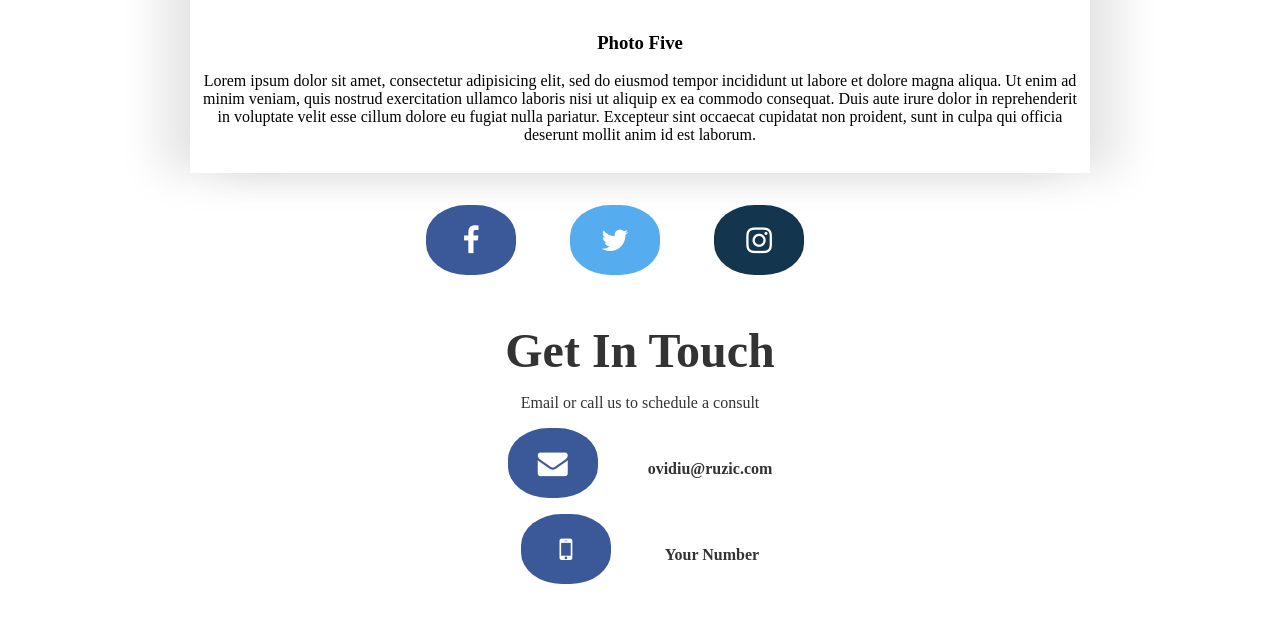
Repository: konstantin0s/mobile-photography
Page: index.html
An editor plug-in stored every save of this project. The page is shown before and after the next save, followed by the edit.
The browser window is 1280 px wide. The pictures show the part of the page from y = 4062 to 4702 px (the page is 4702 px tall).

Above is the page before, as saved 2019-05-11 14:55:36.

### index.html
<!DOCTYPE html>
<html lang="en" dir="ltr">
  <head>
    <meta charset="utf-8">
    <meta name="viewport" content="width=device-width, initial-scale=1.0">
    <meta http-equiv="X-UA-Compatible" content="ie=edge">
    <link rel="stylesheet" href="https://cdnjs.cloudflare.com/ajax/libs/font-awesome/4.7.0/css/font-awesome.min.css">
    <link rel="stylesheet" href="css/style.css">

    <title>Mobile Photography</title>
  </head>
  <body>
<main>
  <div id="landing" class="">
    <div id="landing-text" class="">
      <div id="landing-text-inner" class="">
       <img id="logo" src="img/logos.png" />
       <h1>Photography</h1>
        <a href="#images" class="btn" id="view-work">
          View Work
        </a>
      </div>
    </div>
    <div id="landing-image" class="">

    </div>
  </div>

  <div id="images" class="">
<div id="header">
  <h2>Our Work</h2>
</div>
<img src="https://source.unsplash.com/1600x900/?nature,water" alt="">
<div class="caption">
  <h3>Photo One</h3>
  <p>
    Lorem ipsum dolor sit amet, consectetur adipisicing elit, sed do eiusmod tempor incididunt ut labore et dolore magna aliqua. Ut enim ad minim veniam, quis nostrud exercitation ullamco laboris nisi ut aliquip ex ea commodo consequat. Duis aute irure dolor in reprehenderit in voluptate velit esse cillum dolore eu fugiat nulla pariatur. Excepteur sint occaecat cupidatat non proident, sunt in culpa qui officia deserunt mollit anim id est laborum.

  </p>
</div>

<img src="https://source.unsplash.com/1600x900/?nature,clouds" alt="">
<div class="caption">
  <h3>Photo Two</h3>
  <p>
    Lorem ipsum dolor sit amet, consectetur adipisicing elit, sed do eiusmod tempor incididunt ut labore et dolore magna aliqua. Ut enim ad minim veniam, quis nostrud exercitation ullamco laboris nisi ut aliquip ex ea commodo consequat. Duis aute irure dolor in reprehenderit in voluptate velit esse cillum dolore eu fugiat nulla pariatur. Excepteur sint occaecat cupidatat non proident, sunt in culpa qui officia deserunt mollit anim id est laborum.

  </p>
</div>

<img src="https://source.unsplash.com/1600x900/?nature,animals" alt="">
<div class="caption">
  <h3>Photo Three</h3>
  <p>
    Lorem ipsum dolor sit amet, consectetur adipisicing elit, sed do eiusmod tempor incididunt ut labore et dolore magna aliqua. Ut enim ad minim veniam, quis nostrud exercitation ullamco laboris nisi ut aliquip ex ea commodo consequat. Duis aute irure dolor in reprehenderit in voluptate velit esse cillum dolore eu fugiat nulla pariatur. Excepteur sint occaecat cupidatat non proident, sunt in culpa qui officia deserunt mollit anim id est laborum.

  </p>
</div>

<img src="https://source.unsplash.com/1600x900/?nature,trees" alt="">
<div class="caption">
  <h3>Photo Four/h3>
  <p>
    Lorem ipsum dolor sit amet, consectetur adipisicing elit, sed do eiusmod tempor incididunt ut labore et dolore magna aliqua. Ut enim ad minim veniam, quis nostrud exercitation ullamco laboris nisi ut aliquip ex ea commodo consequat. Duis aute irure dolor in reprehenderit in voluptate velit esse cillum dolore eu fugiat nulla pariatur. Excepteur sint occaecat cupidatat non proident, sunt in culpa qui officia deserunt mollit anim id est laborum.

  </p>
</div>

<img src="https://source.unsplash.com/1600x900/?nature,flowers" alt="">
<div class="caption">
  <h3>Photo Five</h3>
  <p>
    Lorem ipsum dolor sit amet, consectetur adipisicing elit, sed do eiusmod tempor incididunt ut labore et dolore magna aliqua. Ut enim ad minim veniam, quis nostrud exercitation ullamco laboris nisi ut aliquip ex ea commodo consequat. Duis aute irure dolor in reprehenderit in voluptate velit esse cillum dolore eu fugiat nulla pariatur. Excepteur sint occaecat cupidatat non proident, sunt in culpa qui officia deserunt mollit anim id est laborum.

  </p>
</div>

  </div>

</main>

<footer>
    <a href="#" class="fa fa-facebook"></a>
    <a href="#" class="fa fa-twitter"></a>
    <a href="#" class="fa fa-instagram"></a>

  <h3>Get In Touch</h3>
  <p>Email or call us to schedule a consult</p>
  <p><i class="fa fa-envelope" aria-hidden="true"></i><strong>ovidiu@ruzic.com</strong>
  </p>
  <p><i class="fa fa-mobile" aria-hidden="true"></i> <strong>Your Number</strong></p>
</footer>
<script
src="https://code.jquery.com/jquery-3.3.1.min.js"
integrity="sha256-FgpCb/KJQlLNfOu91ta32o/NMZxltwRo8QtmkMRdAu8="
crossorigin="anonymous"></script>
<script type="text/javascript" src="js/main.js">

</script>
  </body>
</html>

### css/style.css
import url('https://fonts.googleapis.com/css?family=Open+Sans');

body {
  font-family: 'Open Sans', sans-serif;
  margin: 0;
  background-color: #eee;
  height: auto;
}

h1{
  font-weight: 400;
  font-size: 2.5rem;
  text-transform: uppercase;
  margin: 0;
  border-bottom: 1px solid black;
  top: -90px;
  position: relative;
}

h2 {
  font-weight: 400;
  font-size: 1.2rem;
  text-transform: capitalize;
  margin: 0;
}

img {
  display: block;
  width: 100%;
}

#logo {
  top: -80px;
  position: relative;
}

main {
  max-width: 900px;
  margin: auto;
  box-shadow: 30px 0px 40px rgba(0,0,0,0.1), -30px 0px 40px rgba(0,0,0,0.1);
}

#landing {
  background: #fff;
  }

#landing-text {
display: flex;
flex: 0 1 40vw;
height: 50vh;
justify-content: center;
align-items: center;
text-align: center;
padding-right: 1rem;
padding-left: 1rem;
}

#landing-text h2 {
  color: #888;
}
.btn {
  padding: 0.5rem 2rem;
  border: 1px #ccc solid;
  display: inline-block;
  margin: 2rem 0 0;
  border-radius: 50px;
  text-decoration: none;
  color: #333;
  transition: background 500ms ease;
}

#landing-image {
  background: url(https://source.unsplash.com/De8wMYoSSBc);
  background-position: center;
  background-size: cover;
  background-repeat: no-repeat;
  height: 50vh;
  flex: 0 1 60vw;
  margin: 0;
}

.btn:hover {
  background: #f4f4f4;
}

#header {
  padding: 1.5rem;
  text-align: center;
  background: #333;
  color: #fff;
}

#header h2 {
  border-left: dotted 1px #fff;
  border-right: dotted 1px #fff;
display: inline-block;
padding-right: 1rem;
padding-left: 1rem;
}

.caption {
  padding: 0.8rem;
  text-align: center;
}

footer {
  text-align: center;
  padding: 2rem 1rem;
  margin: auto;
  color: #333;
}

footer h3 {
  font-size: 3rem;
  margin-bottom: 0;
}

.fa {
  padding: 20px;
  margin-right: 50px;
  font-size: 30px;
  width: 50px;
  text-align: center;
  text-decoration: none;
  border-radius: 45%;
}

/* Add a hover effect if you want */
.fa:hover {
  opacity: 0.7;
}

/* Set a specific color for each brand */

/* Facebook */
.fa-facebook {
  background: #3B5998;
  color: white;
}

/* Twitter */
.fa-twitter {
  background: #55ACEE;
  color: white;
}

/* Instagram */
.fa-instagram {
  background: rgb(19, 53, 78);
  color: white;
}

/* Email & Phone*/

.fa-envelope {
  background: #3B5998;
  color: white;
}

.fa-mobile {
  background: #3B5998;
  color: white;
}


/* Screen size 500px and up*/
@media(min-width: 500px) {
  #landing {
    display: flex;
    height: 100%;
  }
  #landing-text {
    height: 100vh;
  }
  #landing-image {
    height: 100vh;
  }
}

/* Screen size 700px and up*/
@media(min-width: 700px) {
  .btn {
    padding: 1rem 3rem;
  }
}

/* Screen size 700px and up*/
@media(max-width: 500px) {
  .btn {
    padding: 1rem 3rem;
  }


  #logo {
    display: flex;
    width: 200px;
    height: 150px;
    flex-direction: column;
    top: -30px;
    position: relative;
  }

  h1 {

    flex-direction: column;
    top: -20px;
  font-size: 28px;
  border-bottom: 1px solid black;
  }
}

### js/main.js
//animate smooth scroll
$('#view-work').on('click', function() {
  const images = $('#images').position().top;

  $('html, body').animate({
    scrollTop: images
  }, 900)
});

After the next save:
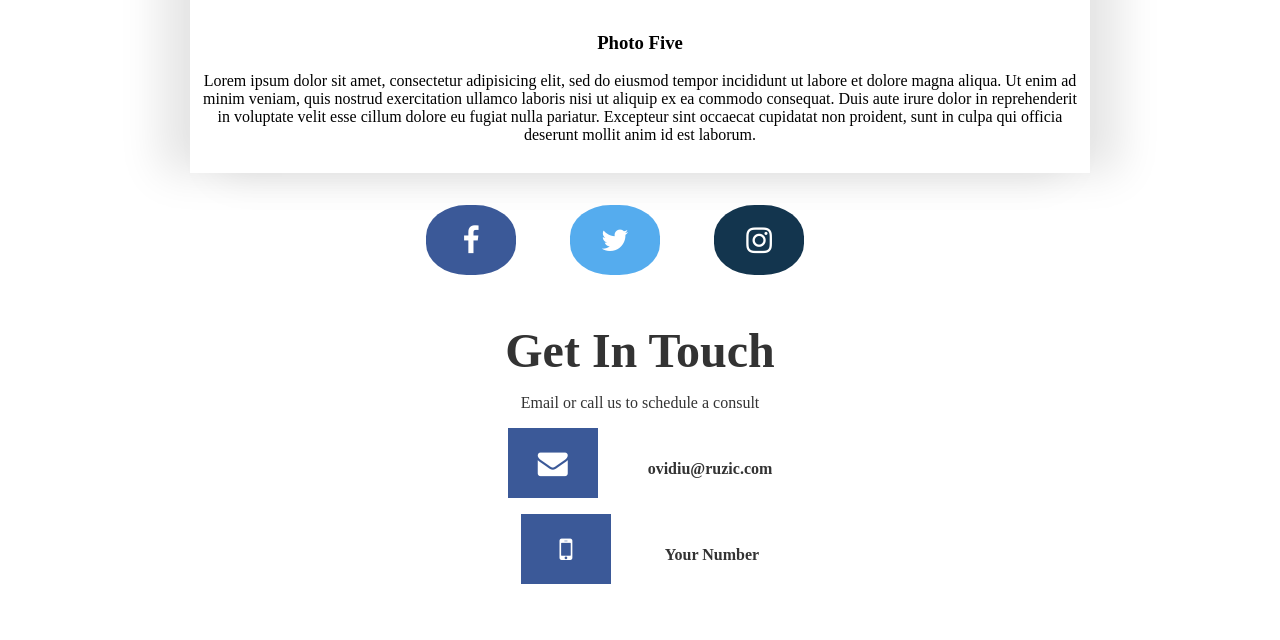
Saved 32 s later.
--- a/css/style.css
+++ b/css/style.css
@@ -155,11 +155,13 @@ footer h3 {
 .fa-envelope {
   background: #3B5998;
   color: white;
+  border-radius: 0%;
 }
 
 .fa-mobile {
   background: #3B5998;
   color: white;
+  border-radius: 0%;
 }
 
 
